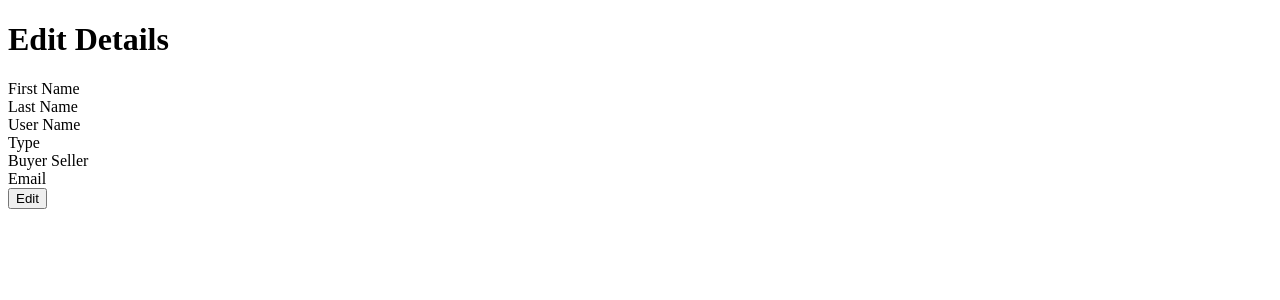
Repository: Sonalitanika/Assigment_IT17048842
Page: Lab09/WebContent/EditUser.html
These files come from the project's save history. The page is drawn as it stood at one moment and after the next save; the edit follows.
The browser window is 1280 px wide. The pictures show the whole page.

Above is the page before, as saved 2019-05-25 16:50:46.

### Lab09/WebContent/EditUser.html

<!DOCTYPE html>
<html>
<head>
<meta charset="ISO-8859-1">
<title>Insert title here</title>
</head>
<body>
<div class="form-container">

 	<h1>Edit Details</h1>

	<form:form method="POST" modelAttribute="User"  class="form-horizontal" action="/springexample/editsave">

<div class="row">
			<div class="form-group col-md-12">
				<div class="col-md-7">
					<form:hidden path="id"  class="form-control input-sm"/>
					<div class="has-error">
				</div>
				</div>
			</div>
		</div>
		<div class="row">
			<div class="form-group col-md-12">
				<label class="col-md-3 control-lable" for="firstName">First Name</label>
				<div class="col-md-7">
					<form:input type="text" path="firstName" id="firstName" class="form-control input-sm"/>
					<div class="has-error">
						<form:errors path="firstName" class="help-inline"/>
					</div>
				</div>
			</div>
		</div>

		<div class="row">
			<div class="form-group col-md-12">
				<label class="col-md-3 control-lable" for="lastName">Last Name</label>
				<div class="col-md-7">
					<form:input type="text" path="lastName" id="lastName" class="form-control input-sm"/>
					<div class="has-error">
						<form:errors path="lastName" class="help-inline"/>
					</div>
				</div>
			</div>
		</div>
		<div class="row">
			<div class="form-group col-md-12">
				<label class="col-md-3 control-lable" for="UserName">User Name</label>
				<div class="col-md-7">
					<form:input type="text" path="UserName" id="UserName" class="form-control input-sm"/>
					<div class="has-error">
						<form:errors path="UserName" class="help-inline"/>
					</div>
				</div>
			</div>
		</div>
		<div class="row">
			<div class="form-group col-md-12">
				<label class="col-md-3 control-lable" for="type">Type</label>
				<div class="col-md-7" class="form-control input-sm">
					<form:radiobutton path="type" value="B" />Buyer
	    			<form:radiobutton path="type" value="S" />Seller
					<div class="has-error">
						<form:errors path="type" class="help-inline"/>
					</div>
				</div>
			</div>
		</div>


		<div class="row">
			<div class="form-group col-md-12">
				<label class="col-md-3 control-lable" for="email">Email</label>
				<div class="col-md-7">
					<form:input type="text" path="email" id="email" class="form-control input-sm"/>
					<div class="has-error">
						<form:errors path="email" class="help-inline"/>
					</div>
				</div>
			</div>
		</div>


		<div class="row">
			<div class="form-actions floatRight">
				<input type="submit" value="Edit" class="btn btn-primary btn-sm">
			</div>
		</div>
	</form:form>
	</div>
</body>
</html>

After the next save:
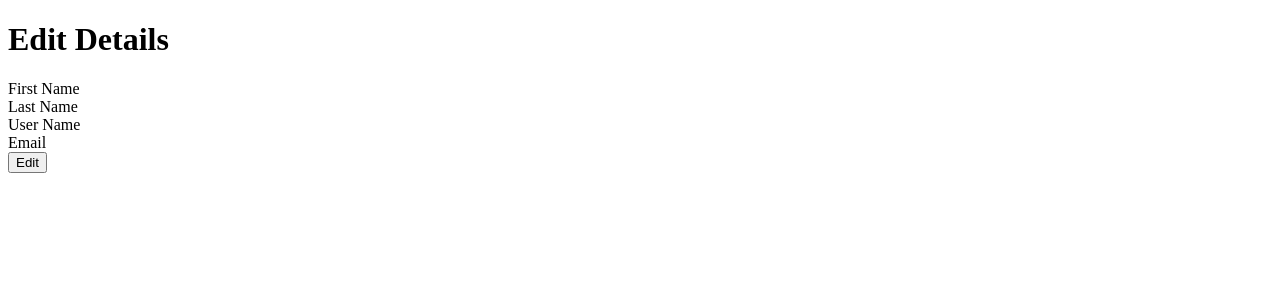
Saved 89 s later.
--- a/Lab09/WebContent/EditUser.html
+++ b/Lab09/WebContent/EditUser.html
@@ -55,18 +55,6 @@
 				</div>
 			</div>
 		</div>
-		<div class="row">
-			<div class="form-group col-md-12">
-				<label class="col-md-3 control-lable" for="type">Type</label>
-				<div class="col-md-7" class="form-control input-sm">
-					<form:radiobutton path="type" value="B" />Buyer
-	    			<form:radiobutton path="type" value="S" />Seller
-					<div class="has-error">
-						<form:errors path="type" class="help-inline"/>
-					</div>
-				</div>
-			</div>
-		</div>
 
 
 		<div class="row">
